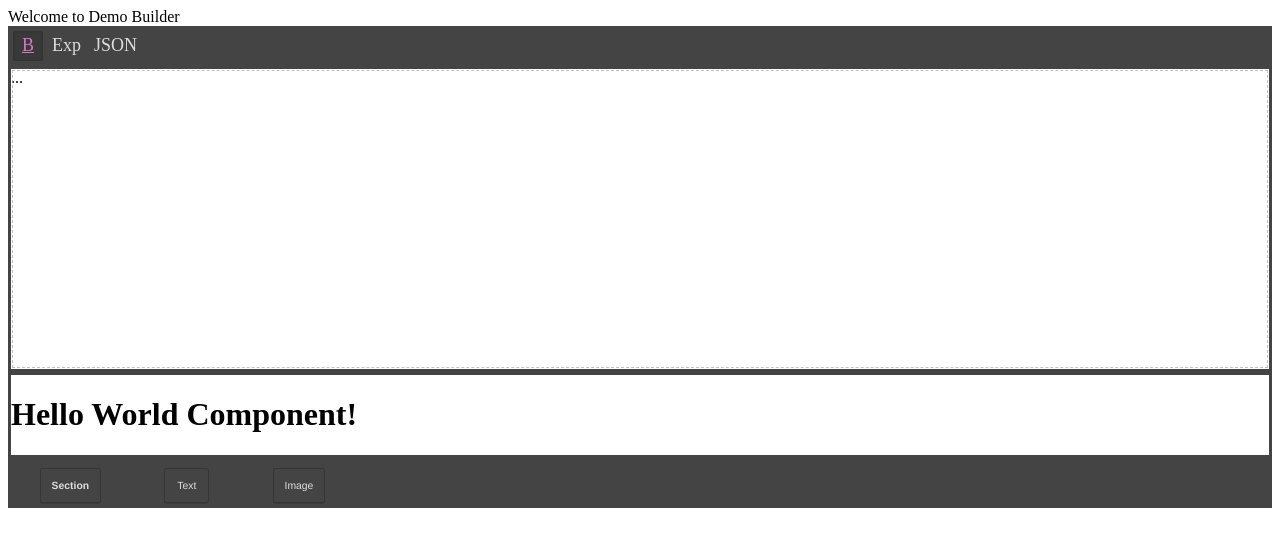
Repository: adityakulkarni000/DemoBuilder
Page: index.html
An editor plug-in stored every save of this project. The page is shown before and after the next save, followed by the edit.
The browser window is 1280 px wide. The pictures show the whole page.

Above is the page before, as saved 2022-06-19 01:19:34.

### index.html
<html>
  <header>Welcome to Demo Builder</header>
  <link rel="stylesheet" href="css/grapes.min.css" />
  <script src="lib/grapes.min.js"></script>

  <!-- STYLE SECTION-->
  <style>
    /* Let's highlight canvas boundaries */
    #gjs {
      border: 3px solid #444;
    }

    /* Reset some default styling */
    .gjs-cv-canvas {
      top: 0;
      width: 100%;
      height: 100%;
    }
    .gjs-block {
      width: auto;
      height: auto;
      min-height: auto;
    }
    .panel__top {
      padding: 0;
      width: 100%;
      display: flex;
      position: initial;
      justify-content: center;
      justify-content: space-between;
    }
    .panel__basic-actions {
      position: initial;
    }
  </style>

  <!-- BODY SECTION-->
  <body>
    <div class="panel__top">
      <div class="panel__basic-actions"></div>
    </div>
    <div class="editor-row">
        <div class="editor-canvas">
          <div id="gjs">...</div>
        </div>
        <div class="panel__right">
          <div class="layers-container"></div>
        </div>
      </div>
    <div id="gjs">
      <h1>Hello World Component!</h1>
    </div>
    <div id="blocks"></div>
  </body>

  <!-- SCRIPT SECTION-->
  <script>
    const editor = grapesjs.init({
      // Indicate where to init the editor. You can also pass an HTMLElement
      container: "#gjs",
      // Get the content for the canvas directly from the element
      // As an alternative we could use: `components: '<h1>Hello World Component!</h1>'`,
      fromElement: true,
      // Size of the editor
      height: "300px",
      width: "auto",
      // Disable the storage manager for the moment
      storageManager: false,
      // Avoid any default panel
      panels: { defaults: [] },

      blockManager: {
        appendTo: "#blocks",
        blocks: [
          {
            id: "section", // id is mandatory
            label: "<b>Section</b>", // You can use HTML/SVG inside labels
            attributes: { class: "gjs-block-section" },
            content: `<section>
          <h1>This is a simple title</h1>
          <div>This is just a Lorem text: Lorem ipsum dolor sit amet</div>
        </section>`,
          },
          {
            id: "text",
            label: "Text",
            content: '<div data-gjs-type="text">Insert your text here</div>',
          },
          {
            id: "image",
            label: "Image",
            // Select the component once it's dropped
            select: true,
            // You can pass components as a JSON instead of a simple HTML string,
            // in this case we also use a defined component type `image`
            content: { type: "image" },
            // This triggers `active` event on dropped components and the `image`
            // reacts by opening the AssetManager
            activate: true,
          },
        ],
      },
    });
    editor.Panels.addPanel({
      id: "panel-top",
      el: ".panel__top",
    });
    editor.Panels.addPanel({
      id: "basic-actions",
      el: ".panel__basic-actions",
      buttons: [
        {
          id: "visibility",
          active: true, // active by default
          className: "btn-toggle-borders",
          label: "<u>B</u>",
          command: "sw-visibility", // Built-in command
        },
        {
          id: "export",
          className: "btn-open-export",
          label: "Exp",
          command: "export-template",
          context: "export-template", // For grouping context of buttons from the same panel
        },
        {
          id: "show-json",
          className: "btn-show-json",
          label: "JSON",
          context: "show-json",
          command(editor) {
            editor.Modal.setTitle("Components JSON")
              .setContent(
                `<textarea style="width:100%; height: 250px;">
            ${JSON.stringify(editor.getComponents())}
          </textarea>`
              )
              .open();
          },
        },
      ],
    });
  </script>
</html>

Loaded but not shown: css/grapes.min.css (library); lib/grapes.min.js (library)

After the next save:
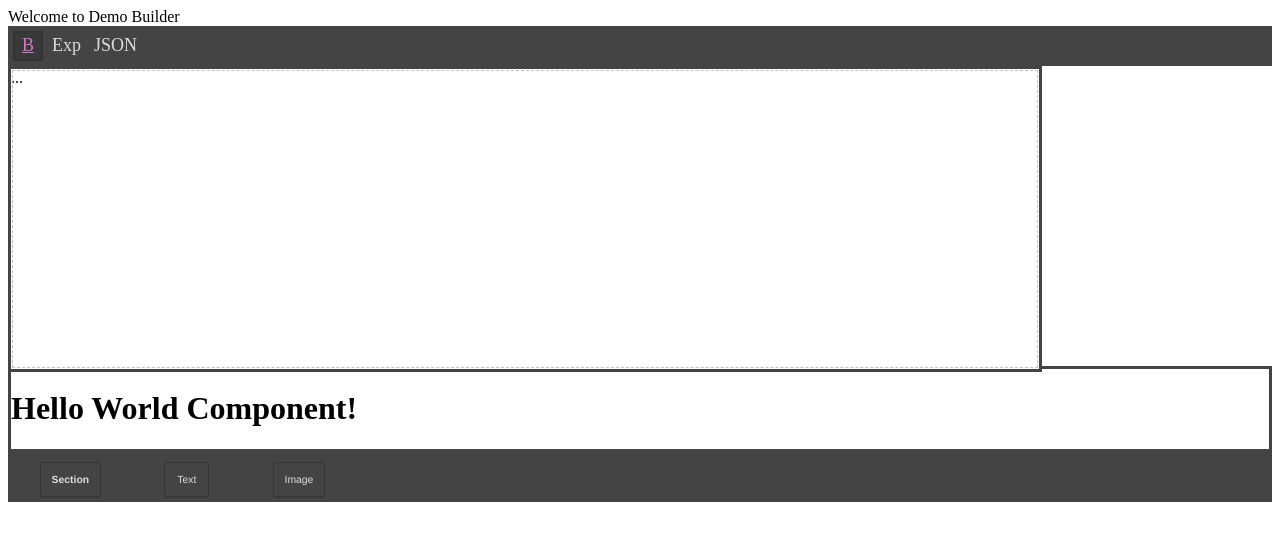
Saved 9 s later.
--- a/index.html
+++ b/index.html
@@ -32,6 +32,23 @@
     .panel__basic-actions {
       position: initial;
     }
+    .editor-row {
+      display: flex;
+      justify-content: flex-start;
+      align-items: stretch;
+      flex-wrap: nowrap;
+      height: 300px;
+    }
+
+    .editor-canvas {
+      flex-grow: 1;
+    }
+
+    .panel__right {
+      flex-basis: 230px;
+      position: relative;
+      overflow-y: auto;
+    }
   </style>
 
   <!-- BODY SECTION-->
@@ -40,13 +57,13 @@
       <div class="panel__basic-actions"></div>
     </div>
     <div class="editor-row">
-        <div class="editor-canvas">
-          <div id="gjs">...</div>
-        </div>
-        <div class="panel__right">
-          <div class="layers-container"></div>
-        </div>
+      <div class="editor-canvas">
+        <div id="gjs">...</div>
       </div>
+      <div class="panel__right">
+        <div class="layers-container"></div>
+      </div>
+    </div>
     <div id="gjs">
       <h1>Hello World Component!</h1>
     </div>
